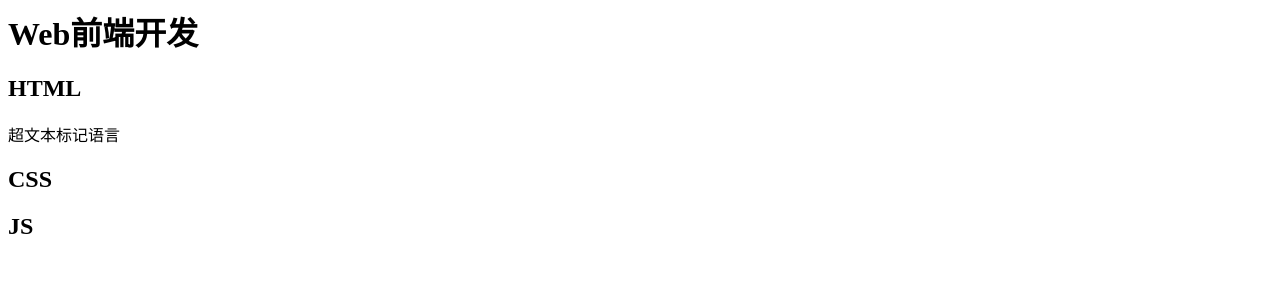
Repository: kankda11/WebProject1
Page: index.html
These files come from the project's save history. The page is drawn as it stood at one moment and after the next save; the edit follows.
The browser window is 1280 px wide. The pictures show the whole page.

Above is the page before, as saved 2020-07-10 16:06:32.

### index.html
<html>
  <head>
    <meta charset="UTF-8" />
    <title>Web前端开发</title>
  </head>
  <body>
    <h1>Web前端开发</h1>
    <h2>HTML</h2>
    <p>超文本标记语言</p>
    <h2>CSS</h2>
    <h2>JS</h2>
  </body>
</html>

After the next save:
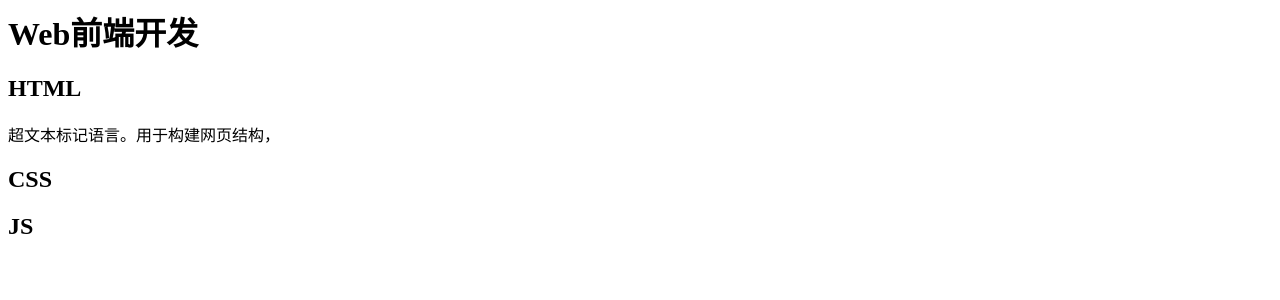
Saved 6 s later.
--- a/index.html
+++ b/index.html
@@ -6,7 +6,7 @@
   <body>
     <h1>Web前端开发</h1>
     <h2>HTML</h2>
-    <p>超文本标记语言</p>
+    <p>超文本标记语言。用于构建网页结构，</p>
     <h2>CSS</h2>
     <h2>JS</h2>
   </body>
